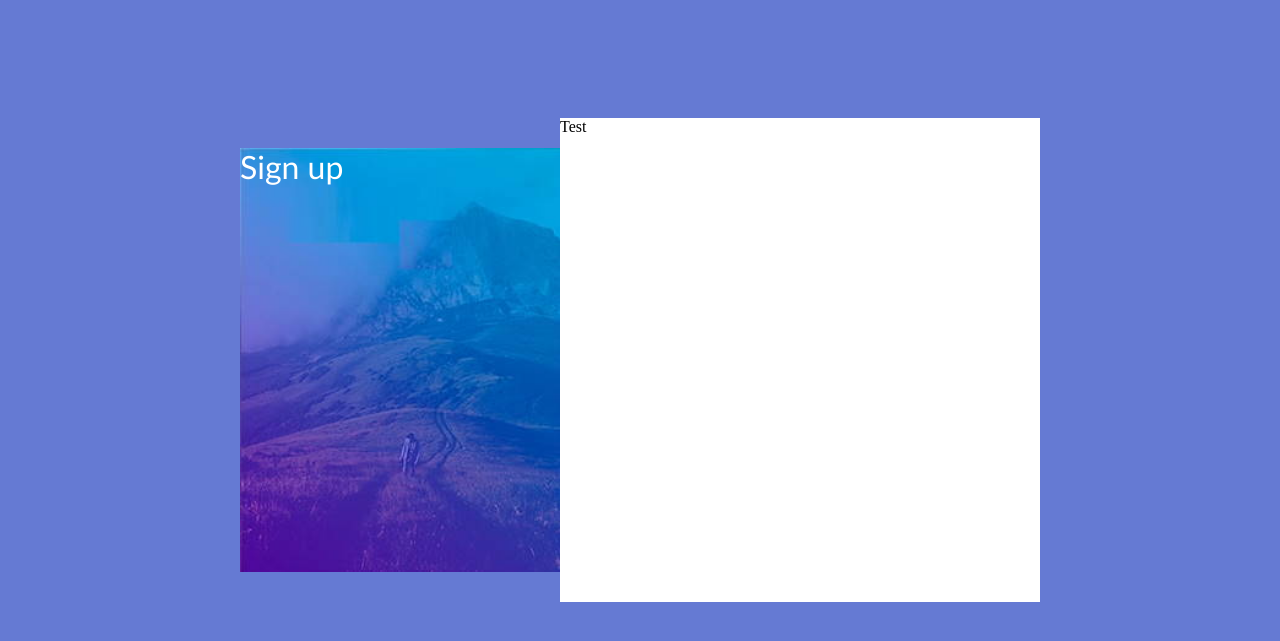
Repository: RugileG/registracijos-forma
Page: index.html
These files come from the project's save history. The page is drawn as it stood at one moment and after the next save; the edit follows.
The browser window is 1280 px wide. The pictures show the whole page.

Above is the page before, as saved 2021-05-17 12:00:32.

After the next save:
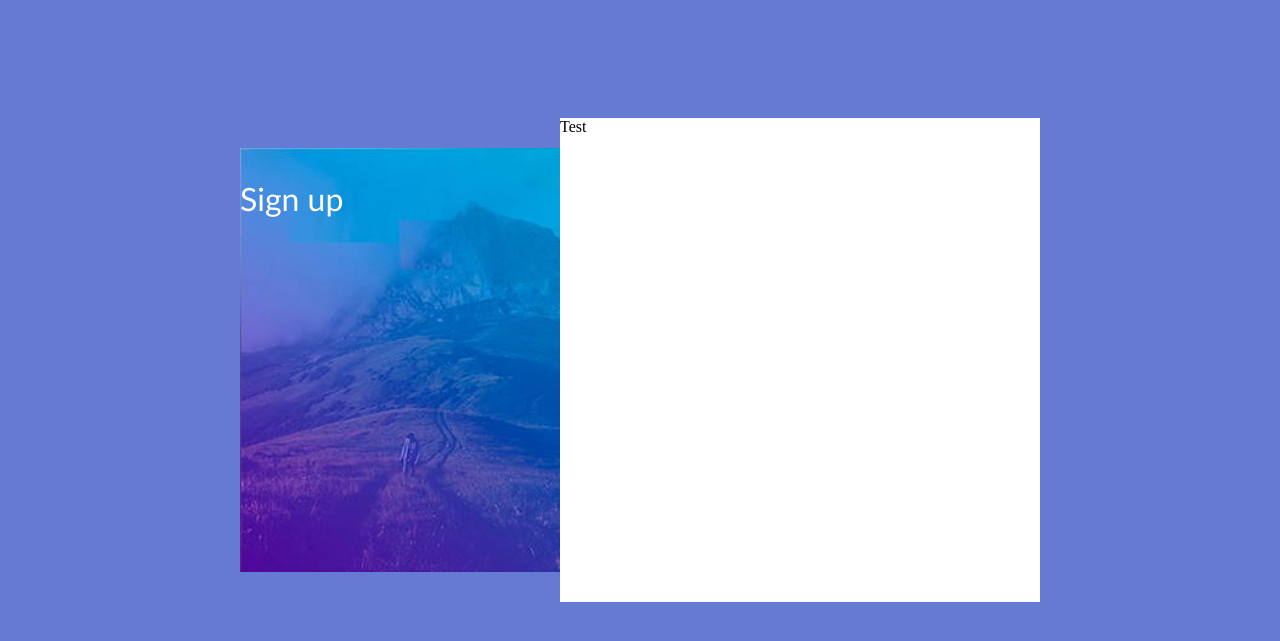
Saved 63 s later.
--- a/index.html
+++ b/index.html
@@ -54,6 +54,7 @@
             font: normal normal normal 32px/37px Gill Sans MT;
             color: #FFFFFF;
             margin: 0;
+            padding-top: 32px;
         }
 
 
